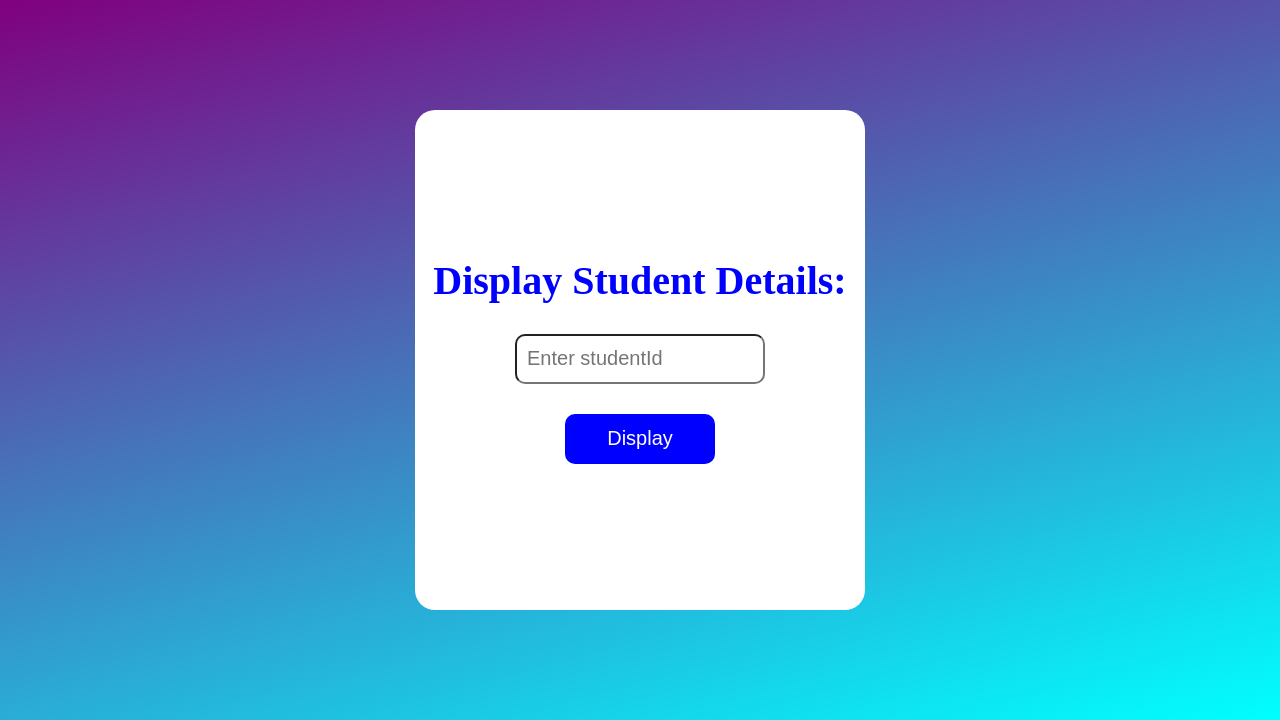
Repository: Dhirajkumar02/Advance-Java--J2EE-
Page: http://localhost/ServletProject_Student-Management-System/DisplayStudent.jsp
These files come from the project's save history. The page is drawn as it stood at one moment and after the next save; the edit follows.
The browser window is 1280 px wide. The pictures show the whole page.
The page is served by Tomcat 9.

Above is the page before, as saved 2024-11-16 18:09:20.

After the next save:
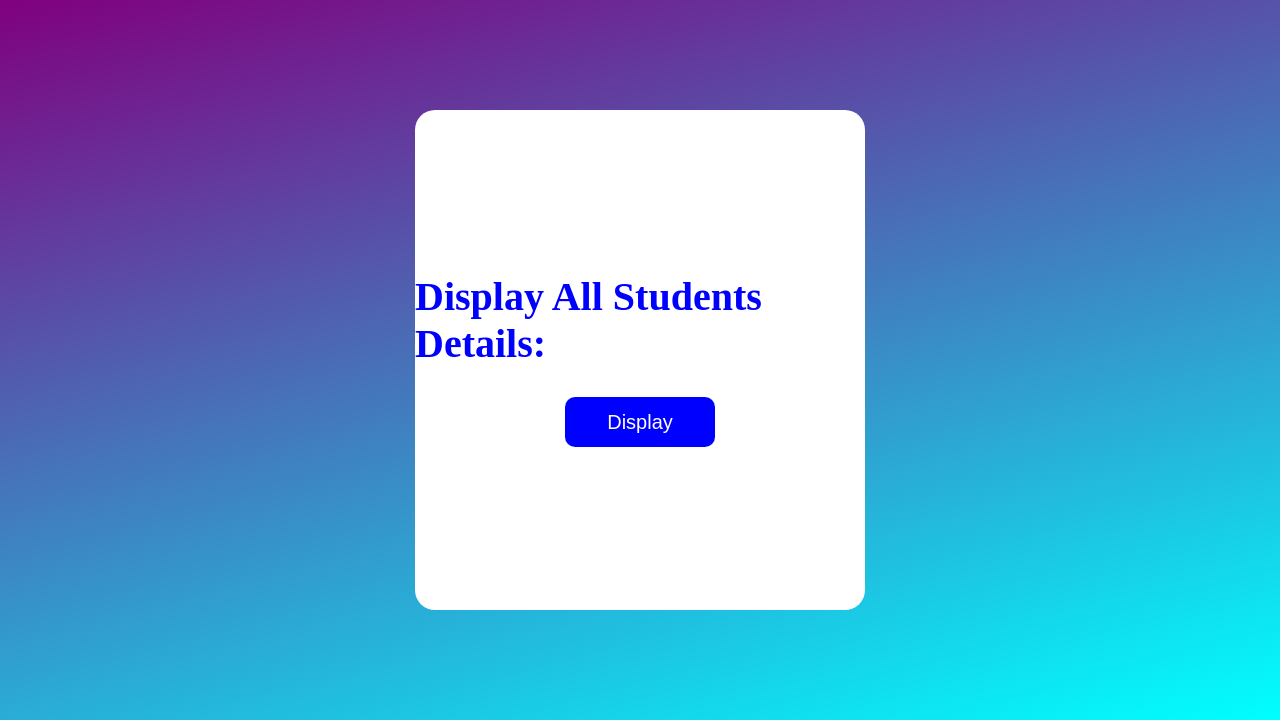
Saved 6 min 11 s later.
--- a/ServletProject_Student-Management-System/src/main/webapp/DisplayStudent.jsp
+++ b/ServletProject_Student-Management-System/src/main/webapp/DisplayStudent.jsp
@@ -58,11 +58,7 @@ input {
 <body>
 	<form action="display-student" method="get">
 <div>
-<h1>Display Student Details:</h1>
-</div>
-
-<div>
-<input type="number" placeholder="Enter studentId" name="studentId" required="required" >
+<h1>Display All Students Details:</h1>
 </div>
 
 <div>
